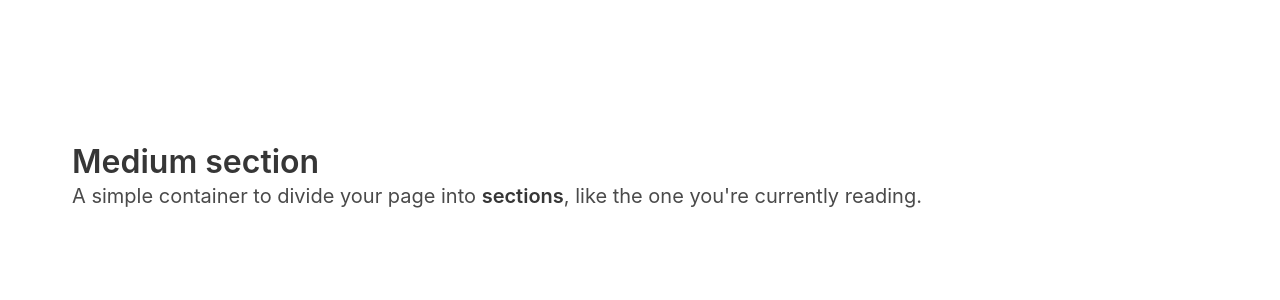
Repository: hlabeleda/project1
Page: Project1/index.html
The author's editor kept a copy of each file at every save. The page is drawn from the files as they stood at one save, then again after the next save.
The browser window is 1280 px wide. The pictures show the whole page.
Some web libraries are served in a nearby version.

Above is the page before, as saved 2021-04-22 20:46:53.
Console error: TypeError: Cannot read properties of null (reading 'addEventListener')

### Project1/index.html
<!DOCTYPE html>
<html lang="en">
<head>
    <meta charset="UTF-8">
    <meta http-equiv="X-UA-Compatible" content="IE=edge">
    <meta name="viewport" content="width=device-width, initial-scale=1.0">
    <link rel="stylesheet" href="https://cdn.jsdelivr.net/npm/bulma@0.9.2/css/bulma.min.css">
    <link rel="stylesheet" href="assets/style.css">
    <link
      rel="stylesheet"
      href="https://use.fontawesome.com/releases/v5.8.1/css/all.css"
      integrity="sha384-50oBUHEmvpQ+1lW4y57PTFmhCaXp0ML5d60M1M7uH2+nqUivzIebhndOJK28anvf"
      crossorigin="anonymous"
    />
    <title>Document</title>
</head>
<body>
    <section class="section is-medium">
        <h1 class="title">Medium section</h1>
        <h2 class="subtitle">
          A simple container to divide your page into <strong>sections</strong>, like the one you're currently reading.
        </h2>
      </section>





































      <script src="https://ajax.googleapis.com/ajax/libs/jquery/3.5.1/jquery.min.js"></script>
      <script src="script.js"></script>
</body>
</html>

### Project1/assets/style.css
/* .container{
	display: grid;
	grid-template-columns: auto auto auto auto;
    grid-template-rows: auto auto;
	grid-gap: 0.5em;

} */
	/* grid-template-columns: repeat(auto-fill, minmax(250px,1fr)); */
	/* ^^can be used instead of a media query, need to look more into it*/
/* .card{
	height: max-content;
} */

### Project1/script.js
//modal

const movieButton = document.querySelector('#movie');
const modalBkg = document.querySelector('.modal-background');
const modal = document.querySelector('.modal');

movieButton.addEventListener('click', function() {
    modal.setAttribute('is-active');






});

After the next save:
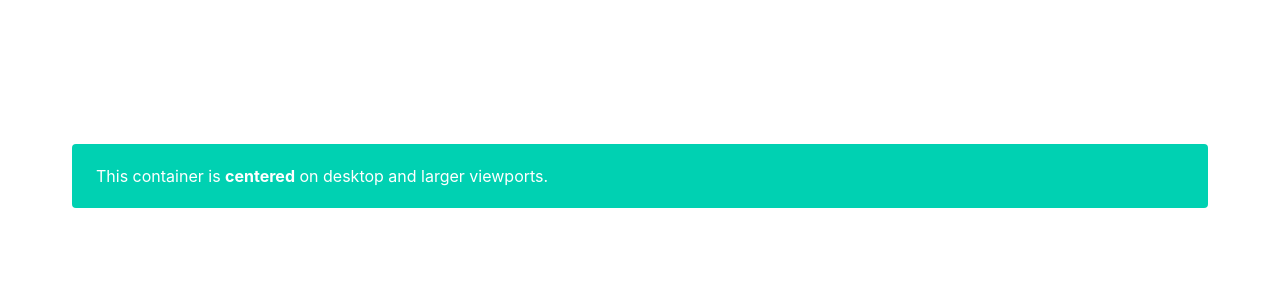
Saved 47 s later.
--- a/Project1/index.html
+++ b/Project1/index.html
@@ -16,10 +16,11 @@
 </head>
 <body>
     <section class="section is-medium">
-        <h1 class="title">Medium section</h1>
-        <h2 class="subtitle">
-          A simple container to divide your page into <strong>sections</strong>, like the one you're currently reading.
-        </h2>
+        <div class="container">
+            <div class="notification is-primary">
+              This container is <strong>centered</strong> on desktop and larger viewports.
+            </div>
+          </div>
       </section>
 
 

After the save that followed:
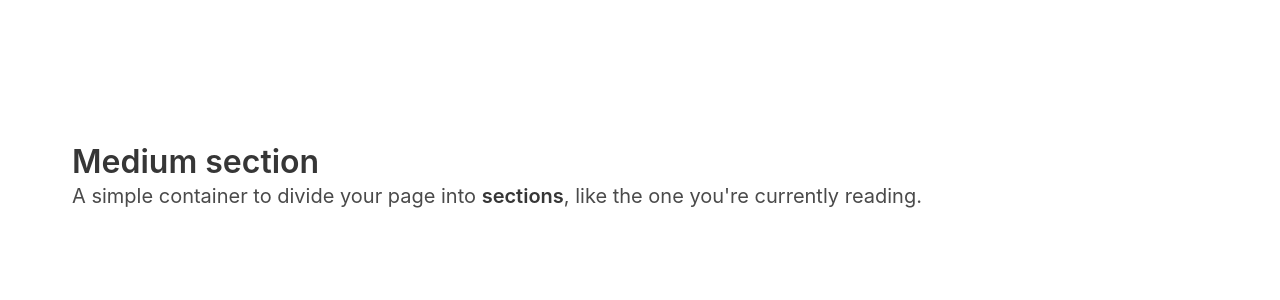
Saved 12 s later.
--- a/Project1/index.html
+++ b/Project1/index.html
@@ -16,11 +16,10 @@
 </head>
 <body>
     <section class="section is-medium">
-        <div class="container">
-            <div class="notification is-primary">
-              This container is <strong>centered</strong> on desktop and larger viewports.
-            </div>
-          </div>
+        <h1 class="title">Medium section</h1>
+        <h2 class="subtitle">
+          A simple container to divide your page into <strong>sections</strong>, like the one you're currently reading.
+        </h2>
       </section>
 
 
